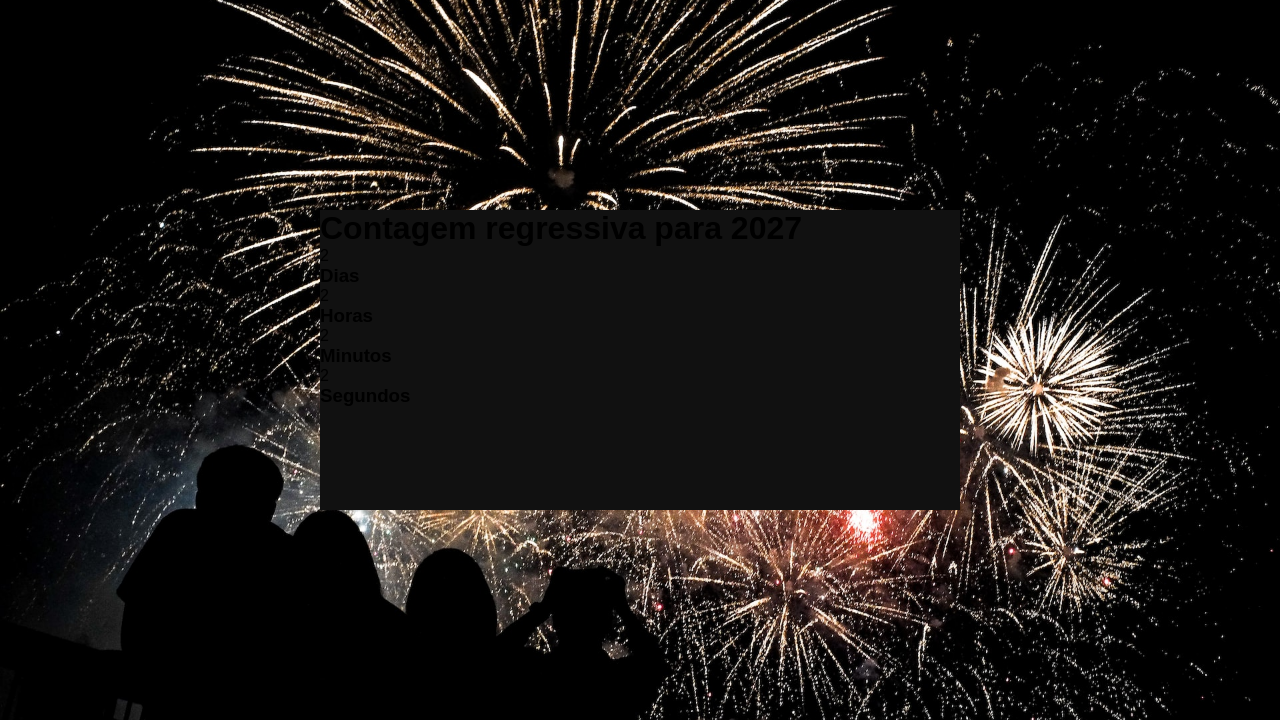
Repository: Bitroia/countdown_timer
Page: / (app in countdown/)
An editor plug-in stored every save of this project. The page is shown before and after the next save, followed by the edit.
The browser window is 1280 px wide. The pictures show the whole page.
The project was rebuilt for these pictures with package versions that can differ from the ones it lists, and the page was loaded fresh each time. Also part of the build but not shown: countdown/vite.config.js.

Above is the page before, as saved 2026-07-07 19:06:34.

After the next save:
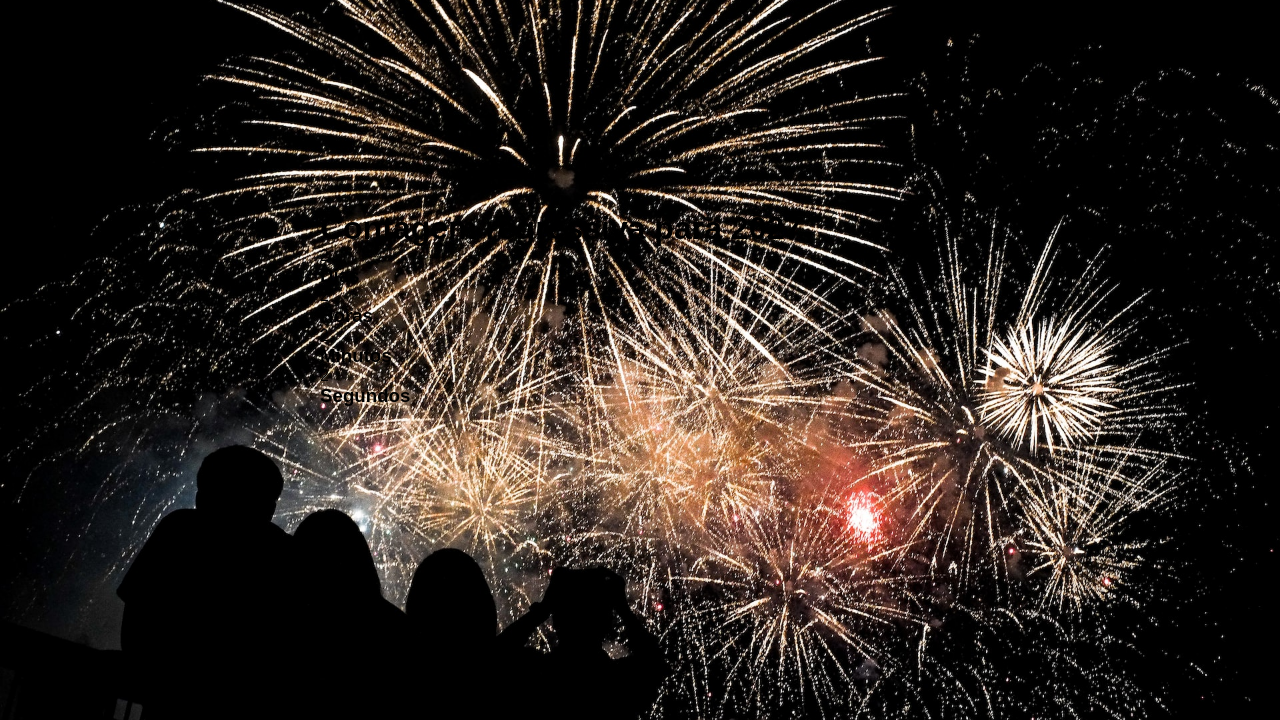
Saved 15 s later.
--- a/countdown/src/index.css
+++ b/countdown/src/index.css
@@ -2,7 +2,6 @@
   margin: 0;
   padding: 0;
   font-family: Arial, Helvetica, sans-serif;
-  background-color: #111;
 }
 
 body {

After the save that followed:
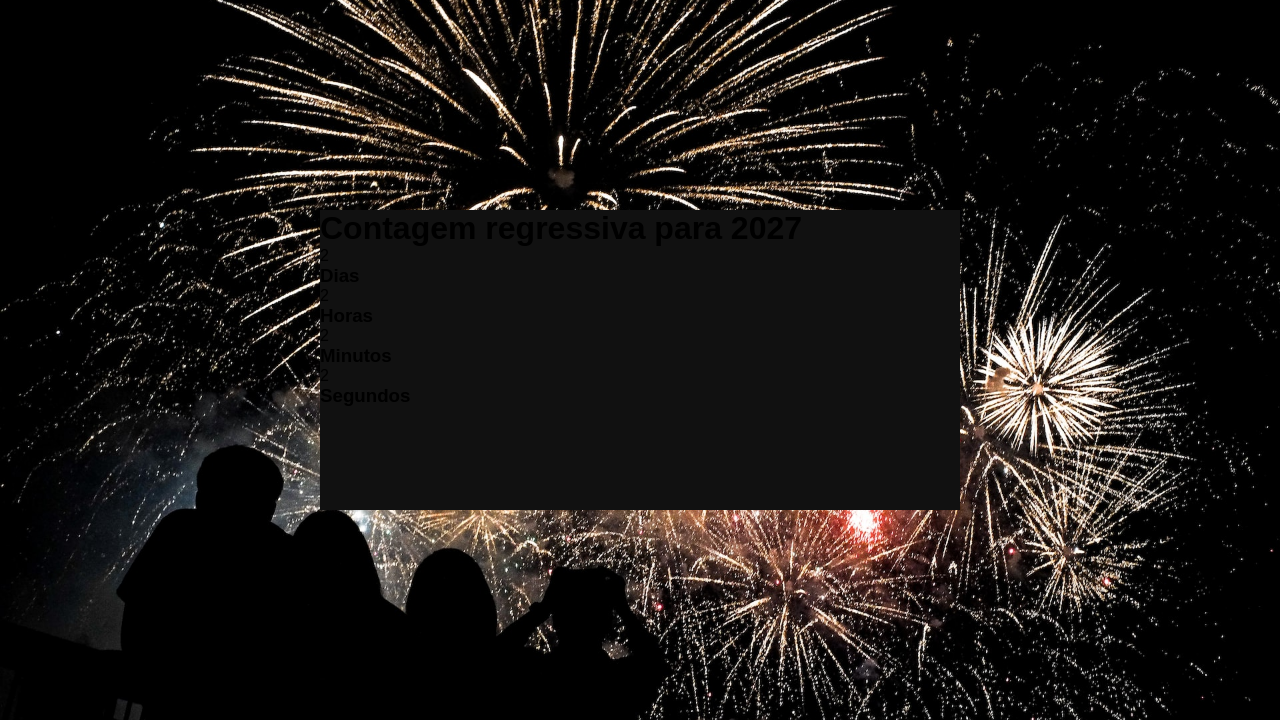
Saved 7 s later.
--- a/countdown/src/index.css
+++ b/countdown/src/index.css
@@ -2,6 +2,7 @@
   margin: 0;
   padding: 0;
   font-family: Arial, Helvetica, sans-serif;
+  background-color: #111;
 }
 
 body {
